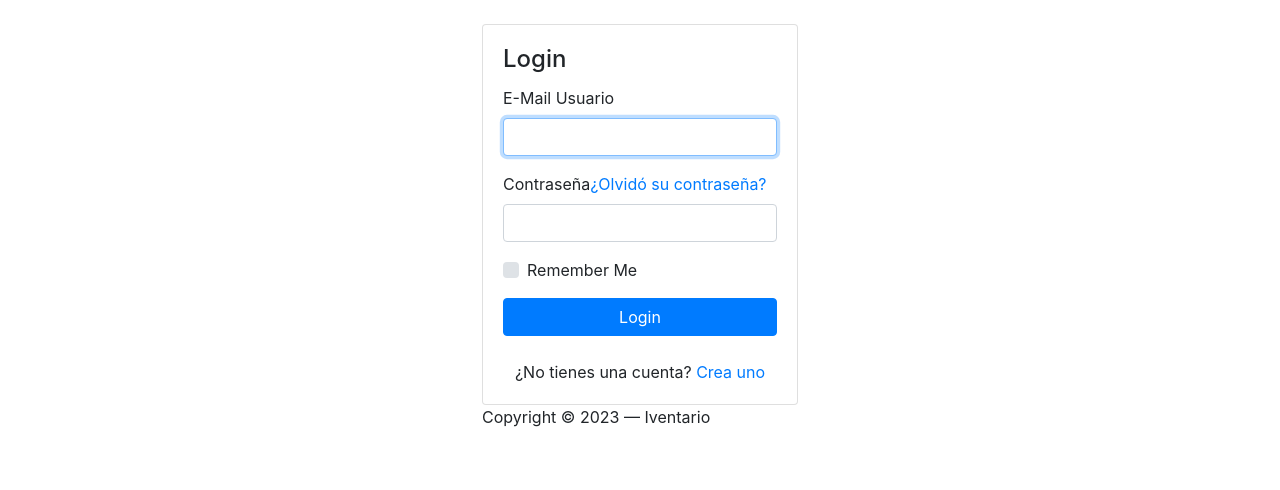
Repository: igmeMarcial/ProyectoLP-2023
Page: http://localhost/proyectoLP_2023/
An editor plug-in stored every save of this project. The page is shown before and after the next save, followed by the edit.
The browser window is 1280 px wide. The pictures show the whole page.
The page is served by Tomcat 9.

Above is the page before, as saved 2023-02-21 03:50:48.
Console error: TypeError: Cannot read properties of undefined (reading 'fn')

After the next save:
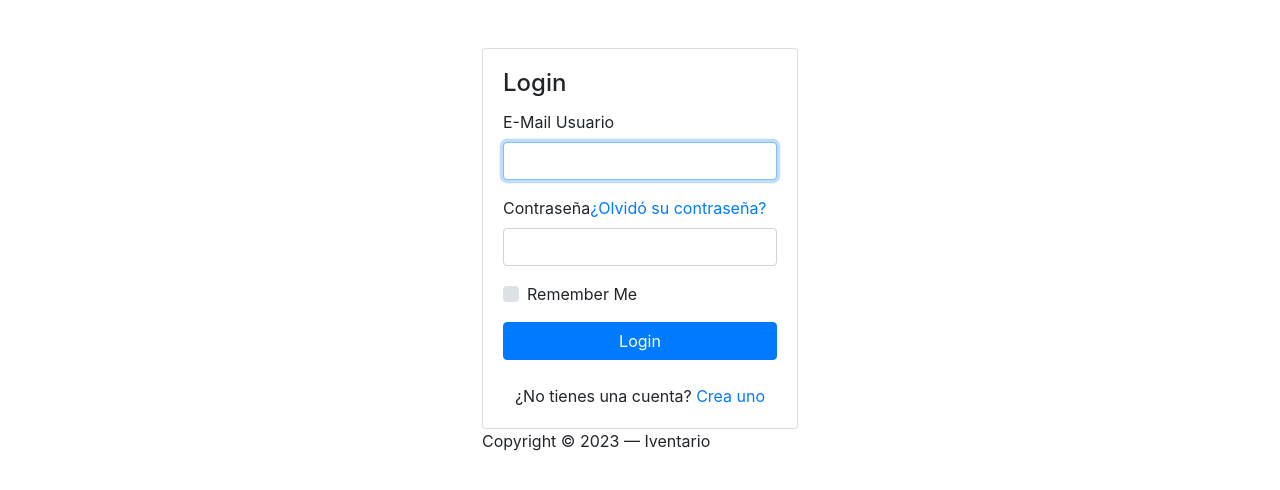
Saved 13 s later.
--- a/proyectoLP_2023/WebContent/index.jsp
+++ b/proyectoLP_2023/WebContent/index.jsp
@@ -9,7 +9,7 @@
 <title>Login</title>
 </head>
 <body style="background-color: '#f7f9fb'" class="m-0  h-100 d-flex justify-content-center align-items-center">
-	<div class="auth mt-4">
+	<div class="auth mt-5">
 		 <div class="auth__body">
     	<div class="card fat">
 						<div class="card-body">
